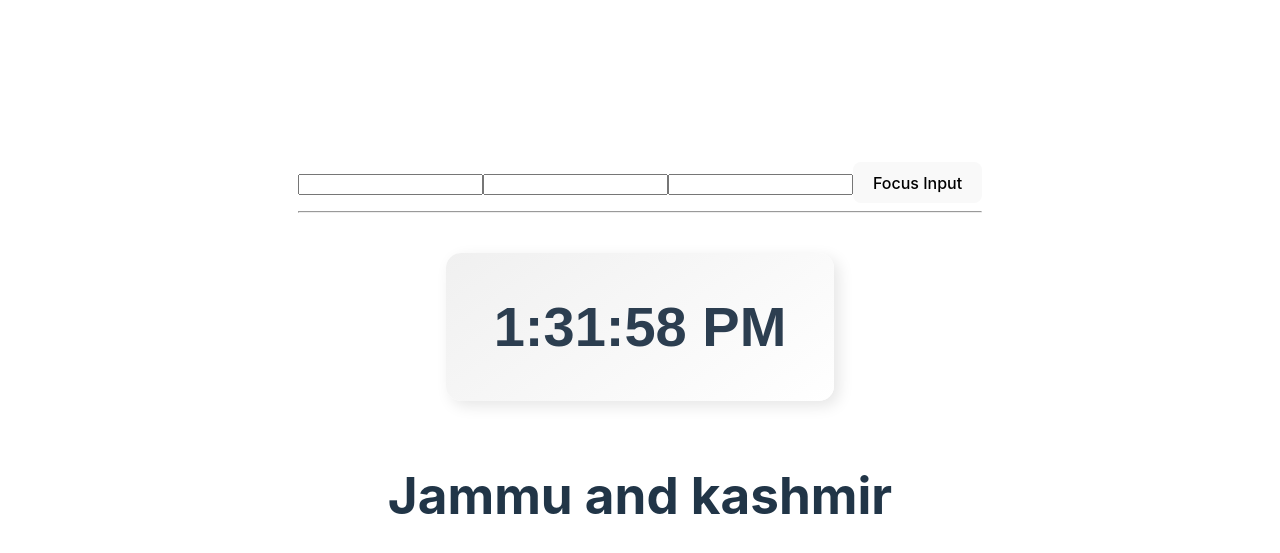
Repository: FARMAN9/inputdata-useRef-and-useEffect
Page: /
These files come from the project's save history. The page is drawn as it stood at one moment and after the next save; the edit follows.
The browser window is 1280 px wide. The pictures show the whole page.
The project was rebuilt for these pictures with package versions that can differ from the ones it lists, and the page was loaded fresh each time. Also part of the build but not shown: vite.config.js.

Above is the page before, as saved 2025-01-13 13:00:23.

After the next save:
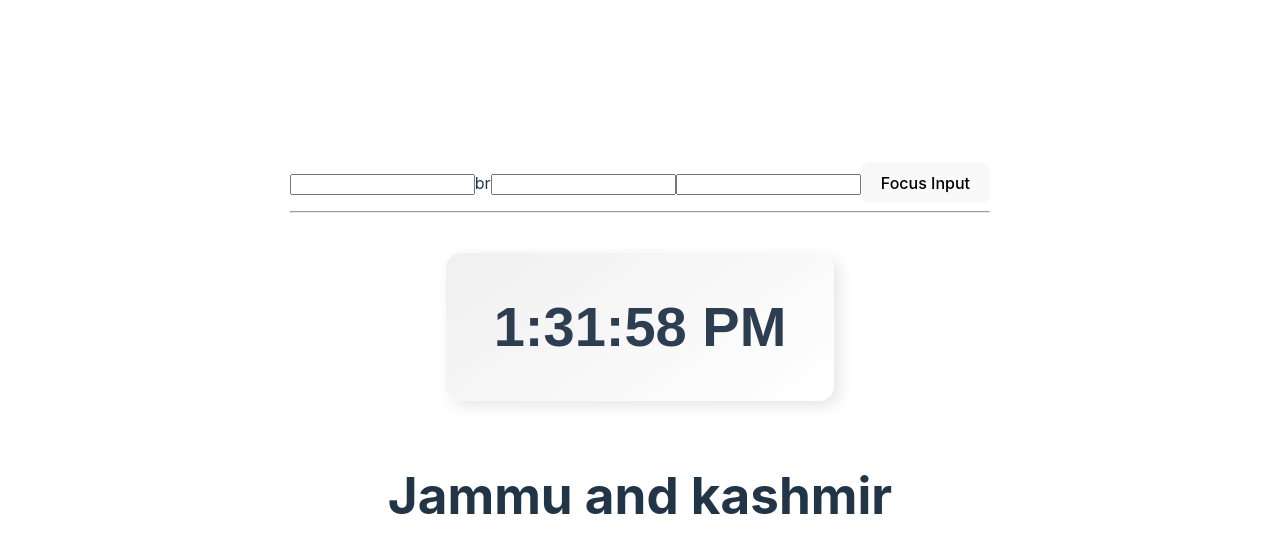
Saved 35 s later.
--- a/src/components/inputdate.jsx
+++ b/src/components/inputdate.jsx
@@ -14,6 +14,7 @@ function InputData() {
   return (
     <div>
       <input ref={inputRef} type="text" />
+      br
       <input ref={emailRef} type="email" />
       <input ref={passwordRef} type="password" />
       <button onClick={focusInput}>Focus Input</button>
